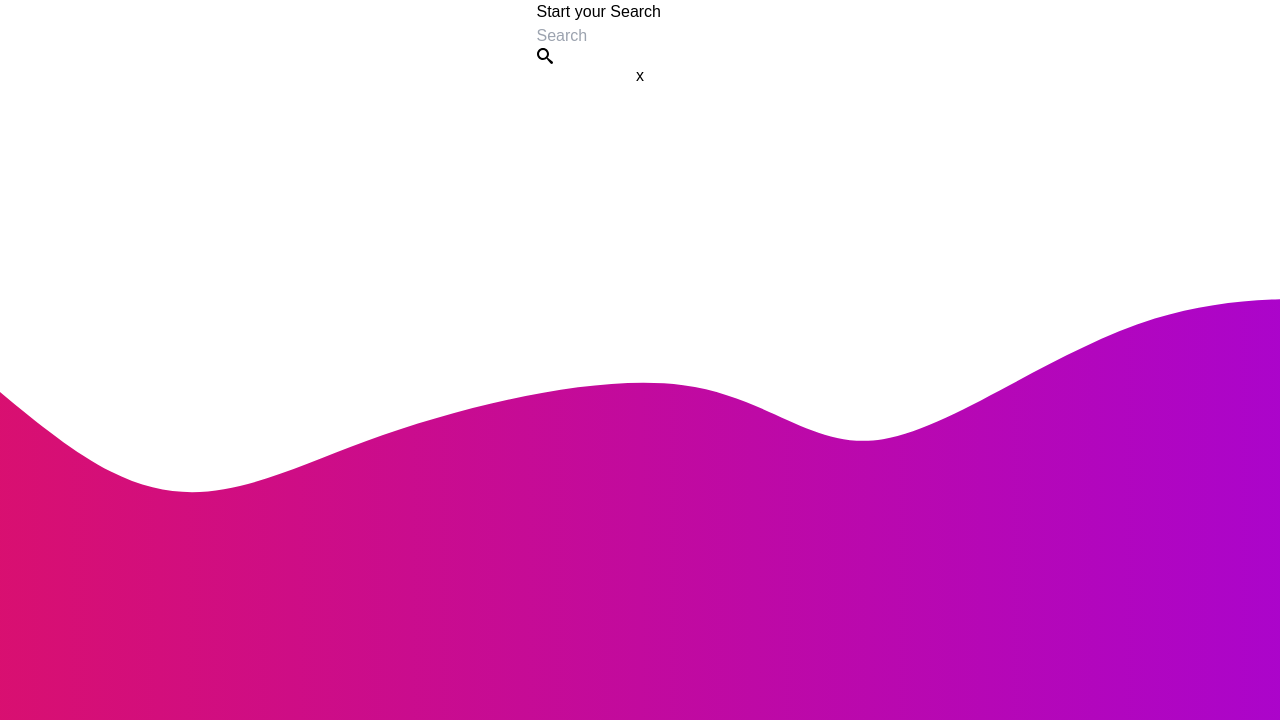
Repository: evergreenx/dictionary-octo
Page: /
These files come from the project's save history. The page is drawn as it stood at one moment and after a run of saves; the edit follows.
The browser window is 1280 px wide. The pictures show the whole page.
The project was rebuilt for these pictures with package versions that can differ from the ones it lists, and the page was loaded fresh each time. The framework's server and built-in components were replaced by stand-ins that run in the browser. Also part of the build but not shown: next.config.js.

Above is the page before, as saved 2022-04-30 14:52:45.

After the next 3 saves:
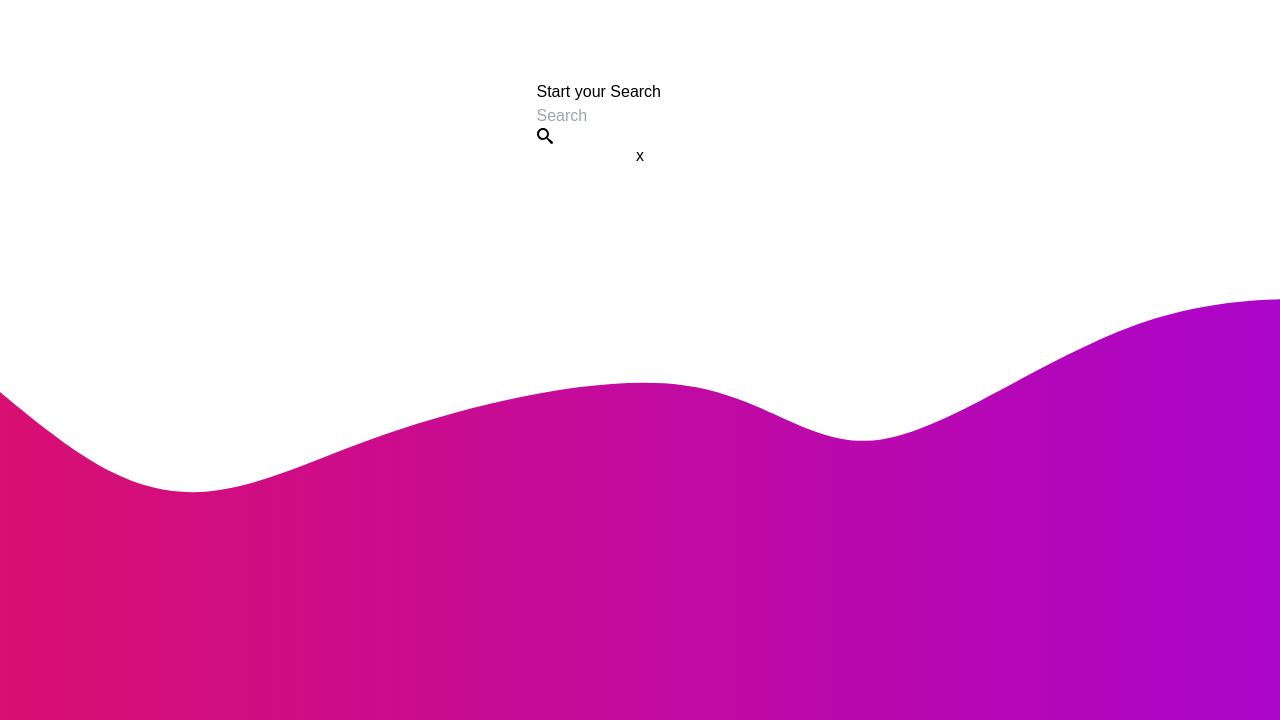
The 3 saves are shown as one change because they came seconds apart.
The last was saved 8 s later.
--- a/pages/index.js
+++ b/pages/index.js
@@ -13,7 +13,7 @@ export default function Home() {
         <link rel="icon" href="/favicon.ico" />
       </Head>
 
-      <main className=" flex flex-col justify-center items-center">
+      <main className=" flex flex-col justify-center items-center py-20">
         <div className="input--container">
           <h1>Start your Search</h1>
 
